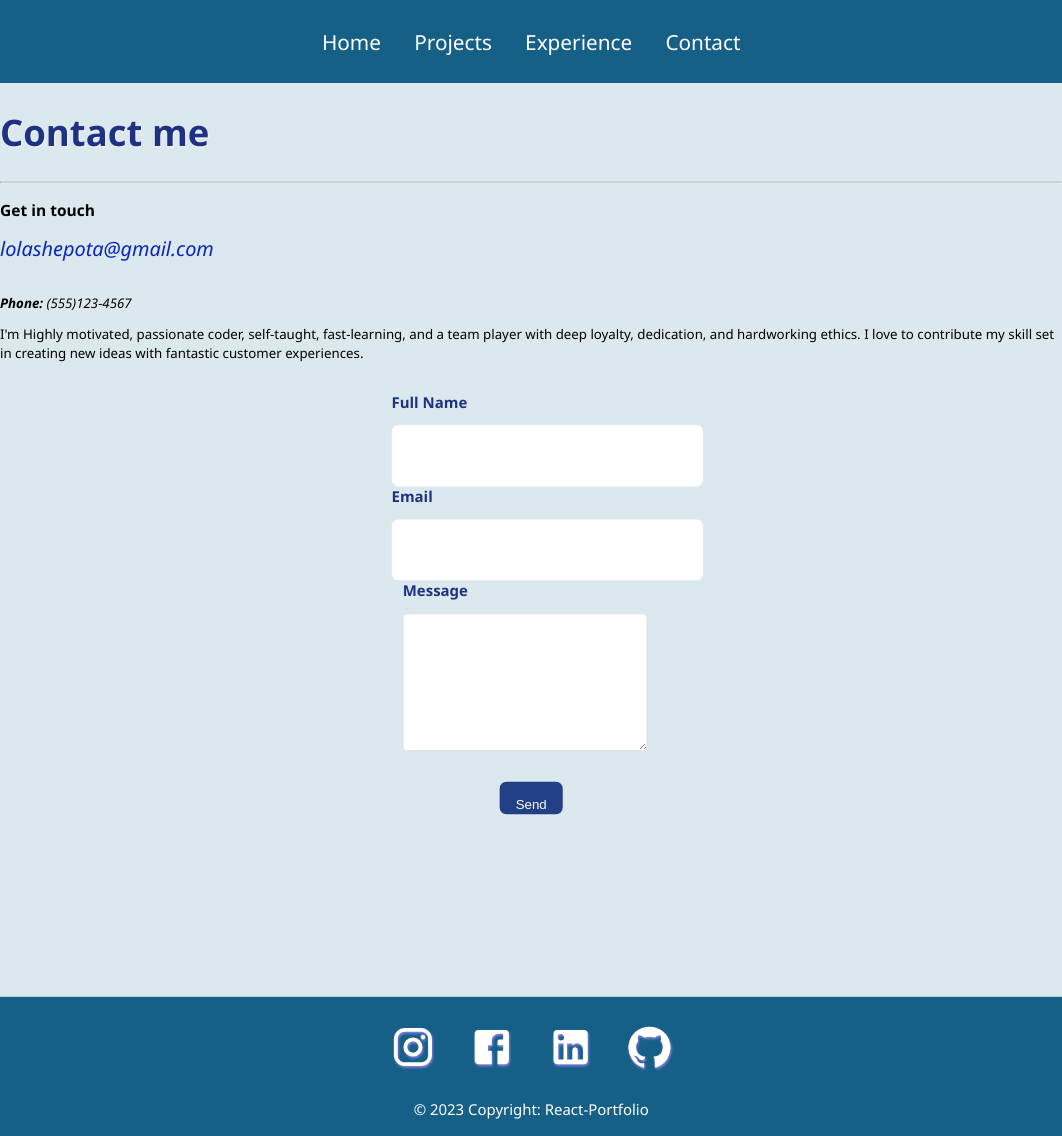
Repository: LolaSL/react-portfolio
Page: /contact
These files come from the project's save history. The page is drawn as it stood at one moment and after a run of saves; the edit follows.
The browser window is 1280 px wide. The pictures show the whole page, at 83% of full size.
The project was rebuilt for these pictures with package versions that can differ from the ones it lists, and the page was loaded fresh each time. Some packages were replaced by stand-ins written for this rebuild. Also part of the build but not shown: src/pages/Home/Style.css, src/pages/Home/Home.jsx, src/components/ProjectItem/Style.css, src/components/ProjectItem/ProjectItem.jsx, src/helpers/ProjectList.js, src/pages/Projects/Style.css, src/pages/Projects/Projects.jsx, src/pages/Experience/Style.css and 2 more.

Above is the page before, as saved 2023-09-27 17:39:23.

### src/App.js
import './App.css';
import { BrowserRouter as Router, Routes, Route } from 'react-router-dom';
import Home from './pages/Home/Home.jsx';
import Projects from './pages/Projects/Projects.jsx';
import Experience from './pages/Experience/Experience.jsx';
import Navbar from "./components/Navbar/Navbar.jsx";
import Footer from './components/Footer/Footer.jsx';
import ProjectDetail from './pages/ProjectDetail/ProjectDetail';
import Contact from './pages/Contact/Contact';


function App() {
  return (
    <div className="App">
      <Router>
      <Navbar />
        <Routes>
          <Route path="/" element={<Home />} />
          <Route path="/projects" element={<Projects />} />
          <Route path="/project/:id" element={<ProjectDetail />} />
          <Route path="/experience" element={<Experience />} />
          <Route path="/contact" element ={<Contact/>}/>
        </Routes>
        <Footer />
      </Router>
    </div>
  );
}

export default App;

### src/App.css
.App {
  width: 100%;
  height: auto;
  display: flex;
  flex-direction: column;
  font-family:'Segoe UI', Tahoma, Geneva, Verdana, sans-serif;
  background-color: #dbe9ee;
}

body {
  margin: 0;
  padding: 0;
}

### src/components/Navbar/Navbar.jsx
import React, { useEffect, useState } from "react";
import { Link, useLocation } from "react-router-dom";
import DehazeIcon from "@mui/icons-material/Dehaze";
import "./Style.css";

const Navbar = () => {
  const [expandNavbar, setExpandNavbar] = useState(false);
  const location = useLocation();
  useEffect(() => {
    setExpandNavbar(false);
  }, [location]);
  return (
    <div className="navbar" id={expandNavbar ? "open" : "close"}>
      <div className="toggleButton">
        <button
          onClick={() => {
            setExpandNavbar((prev) => !prev);
          }}
        >
          <DehazeIcon />
        </button>
      </div>
      <div className="links">
        <Link to="/"> Home </Link>
        <Link to="/projects"> Projects </Link>
        <Link to="/experience"> Experience </Link>
        <Link to="/contact"> Contact </Link>
      </div>
    </div>
  );
};

export default Navbar;

### src/components/Footer/Footer.jsx
import React from "react";
import { Link } from "react-router-dom";
import InstagramIcon from "@mui/icons-material/Instagram";
import FacebookIcon from "@mui/icons-material/Facebook";
import LinkedInIcon from "@mui/icons-material/LinkedIn";
import GitHubIcon from "@mui/icons-material/GitHub";
import "./Style.css";

const Footer = () => {
  return (
    <div className="footer">
      <div className="socialMedia">
        <Link to="https://www.instagram.com">
          <InstagramIcon />
        </Link>
        <Link to="https://www.facebook.com">
          <FacebookIcon />
        </Link>
        <Link to="https://www.linkedin.com/in/lola-s-2aba6340-lo">
          <LinkedInIcon />
        </Link>
        <Link to="https://github.com">
          <GitHubIcon />
        </Link>
      </div>
      <div className="copyright">
        <p>&copy; {new Date().getFullYear()} Copyright: React-Portfolio</p>
      </div>
    </div>
  );
};

export default Footer;

### src/pages/Contact/Contact.jsx
// import React, { useRef } from "react";
// import emailjs from "@emailjs/browser";
// import { Container, Row, Col } from "react-bootstrap";
// import { contactConfig } from "./contactConfig";
// import "./Style.css";

// const ContactForm = () => {
//   const form = useRef();

//   const sendEmail = (e) => {
//     e.preventDefault();

//     emailjs.sendForm("MY_SERVICE", "MY-TEMPLATE", form.current, "MY-KEY").then(
//       (result) => {
//         console.log(result.text);
//         console.log("message sent");
//       },
//       (error) => {
//         console.log(error.text);
//       }
//     );
//   };
//   return (
//     <Container >
//       <Row className="mb-5 mt-3 p-4">
//         <Col lg="8">
//           {" "}
//           <h1 className="display-4 mb-4 text-center">Contact me</h1>
//           <hr className="t_border my-4 ml-0 text-left" />
//         </Col>
//       </Row>
//       <Row className="sec-sp">
//         <Col lg="5" className="mb-5">
//           <h3 className="color_sec py-4">Get in touch</h3>
//           <address>
//             <strong>      <a href={`mailto:${contactConfig.YOUR_EMAIL}`}>
//                 {contactConfig.YOUR_EMAIL}
//               </a></strong>
//               <br />
//               <br />
//               {contactConfig.hasOwnProperty("YOUR_FONE") ? (
//                 <p>
//                   <strong>Phone:</strong> {contactConfig.YOUR_FONE}
//                 </p>
//               ) : (
//                 ""
//               )}
//             </address>
//             <p>{contactConfig.description}</p>
//           </Col>
//         <Col lg="7" className="d-flex align-items-center">
//           <form ref={form} onSubmit={sendEmail} className="contact-form w-100">
//           <Row>
//                 <Col lg="6" className="form-group">
//                   <input
//                     className="form-control"
//                     id="name"
//                     name="name"
//                     placeholder="Name"
//                     type="text"
//                     required
//                   />
//                 </Col>
//                 <Col lg="6" className="form-group">
//                   <input
//                     className="form-control rounded-0"
//                     id="email"
//                     name="email"
//                     placeholder="Email"
//                     type="email"
//                     required
//                   />
//                 </Col>
//               </Row>
//               <textarea
//                 className="form-control rounded-0"
//                 id="message"
//                 name="message"
//                 placeholder="Message"
//                 rows="5"
//                 required
//               ></textarea>
//               <br />
//             <Row>
//               <Col lg="12" className="form-group">
//                 <input
//                   type="submit"
//                   className="btn"
//                   value="Send"
//                   disabled={true}
//                 />
//               </Col>
//             </Row>
//           </form>
//         </Col>
//       </Row>
//     </Container>
//   );
// };

// export default ContactForm;

import React, { useRef } from "react";
import emailjs from "@emailjs/browser";
import { Container, Row, Col } from "react-bootstrap";
import { contactConfig } from "./contactConfig";
import "./Style.css";

const ContactForm = () => {
  const form = useRef();

  const sendEmail = (e) => {
    e.preventDefault();

    emailjs.sendForm("MY_SERVICE", "MY-TEMPLATE", form.current, "MY-KEY").then(
      (result) => {
        console.log(result.text);
        console.log("message sent");
      },
      (error) => {
        console.log(error.text);
      }
    );
  };
  return (
    <Container>
      <Row className="mb-5 mt-3 p-4">
        <Col lg={{ span: 8, offset: 2 }} md={{ span: 10, offset: 1 }}>
          <h1 className="display-4 mb-4 text-center">Contact me</h1>
          <hr className="t_border my-4 ml-0 text-left" />
        </Col>
      </Row>
      <Row className="sec-sp">
        <Col lg={5} md={6} className="mb-5">
          <h3 className="color_sec py-4">Get in touch</h3>
          <address>
            <strong>
              <a href={`mailto:${contactConfig.YOUR_EMAIL}`}>
                {contactConfig.YOUR_EMAIL}
              </a>
            </strong>
            <br />
            <br />
            {contactConfig.hasOwnProperty("YOUR_FONE") ? (
              <p>
                <strong>Phone:</strong> {contactConfig.YOUR_FONE}
              </p>
            ) : (
              ""
            )}
          </address>
          <p>{contactConfig.description}</p>
        </Col>
        <Col lg={7} md={6} className="d-flex align-items-center">
          <form ref={form} onSubmit={sendEmail} className="contact-form w-100">
            <Row className="w-100">
              <Col lg={6} md={6} sm={12} className="form-group">
                <label htmlFor="name">Full Name</label>
                <input
                  className="form-control"
                  id="name"
                  name="name"
                  type="text"
                  required
                />
              </Col>
              <Col lg={6} md={6} sm={12} className="form-group">
                <label htmlFor="email">Email</label>
                <input
                  className="form-control rounded-0"
                  id="email"
                  name="email"
                  type="email"
                  required
                />
              </Col>
            </Row>
            <Row className="w-100">
              <Col lg={12} md={12} sm={12} className="form-group">
                <label htmlFor="message">Message</label>
                <textarea
                  className="form-control rounded-0"
                  id="message"
                  name="message"
                  rows="5"
                  required
                ></textarea>
              </Col>
            </Row>
            <Row className="w-100">
              <Col lg={12} md={12} sm={12} className="form-group ">
                <input
                  type="submit"
                  className="btn btn-primary"
                  value="Send"
                  disabled={false}
                />
              </Col>
            </Row>
          </form>
        </Col>
      </Row>
    </Container>
  );
};

export default ContactForm;

### src/components/Navbar/Style.css
.navbar {
  width: 100%;
  height: 100px;
  background: #166088;
}

.links {
  width: 100%;
  height: 100%;
  display: flex;
  align-items: center;
  justify-content: center;
  color: white;
}

.navbar a {
  color: white;
  text-decoration: none;
  margin: 20px;
  font-size: 25px;
}

.toggleButton {
  width: 100%;
  height: 100px;
  display: flex;
  align-items: center;
  justify-content: flex-end;
}

.toggleButton svg {
  font-size: 50px;
}
.toggleButton button {
  margin-right: 20px;
  padding: 8px;
  background-color: transparent;
  border: none;
  color: white;
  cursor: pointer;
}

#open {
  height: 100vh;
}

#open .links {
  flex-direction: column;
  justify-content: flex-start;
  margin-top: 100px;
}

#open a {
  width: 100%;
  text-align: center;
}

@media only screen and (max-width: 900px) {
  .navbar a {
    width: 600px;
  }
}

@media only screen and (max-width: 600px) {
  .toggleButton {
    display: flex;
  }
  #close a {
    display: none;
  }
}

@media only screen and (min-width: 600px) {
  .toggleButton {
    display: none;
  }

  .hiddenLinks {
    display: none;
  }

  #open {
    height: 100px;
  }

  #open .links {
    flex-direction: row;
  }
}

### src/components/Footer/Style.css
.footer {
    width: 100%;
    height: 155px;
    background: #166088;
    display: flex;
    justify-content: center;
    align-items: center;
    flex-direction: column;
    padding-top: 10px;
    margin-top: 200px;
    position: related;
    bottom: 0;
    left: 0;
    right: 0;
  }
  .footer{
    height: 22vh;
  }
  .socialMedia svg{
    color: white;
    margin: 20px;
    font-size: 55px;
    cursor: pointer;
    margin-bottom: 10px;
  }
  .socialMedia svg:hover{
    color: #e76972;
    margin: 20px;
    font-size: 55px;
    cursor: pointer;
    margin-bottom: 10px;
    background-color: transparent;
    transition: all ease 0.3s;
    border: none;
    text-shadow: 0 0 0.625em #d83535;
  }
.copyright p{
    color: white;
    font-size: 18px;
  }

  @media only screen and (max-width: 600px) {
    .footer svg {
      font-size: 50px;
    }
    .copyright p{
      font-size: 16px;
    }
  }

### src/pages/ProjectDetail/Style.css
.project {
  width: 100%;
    height: auto;
    display: flex;
    justify-content: center;
    align-items: center;
    flex-direction: column;
    color: #3e497a;
}

.project  h1 {
  text-align: center;
  color: #3e497a;
  font-size:50px;
  font-weight: bolder;
  margin-top: 30px

}
.project img {
  max-width: 700px;
  border-radius: 10px;
  margin-bottom: 40px;
}

.project h3 {
  font-size: 1.7rem;
  color: #3e497a;
  padding: 50px;
  text-align: justify;
}
a {
  text-decoration: none;
  color: rgb(11, 37, 185);
  font-weight: normal;
  font-size: 24px;
}
a:hover {
  text-decoration: none;
   color: #e76972;
  font-weight: bold;
  transition: all ease 0.3s;
  font-size: 24px;
  cursor: pointer;
  text-shadow: 0 0 0.625em #d83535;
}
.project svg {
  font-size: 60px;
  color: #3e497a;
}
.project svg:hover {
  color: #2d2d84;
  cursor: pointer;
}
svg {
  filter: drop-shadow(1px 2px 1px rgb(144, 130, 227));
}
@media only screen and (max-width: 1300px) {
  .project img {
    max-width: 500px;
    border-radius: 8px;
  }
  .project h1 {
    font-size: 1.8rem;
  }
  .project h3 {
    font-size: 1.4rem;
  }
}

@media only screen and (max-width: 800px) {
  .project img {
    max-width: 374px;
    border-radius: 6px;
  }
  .project h1 {
    font-size:37px;
    text-align: center;
    color: #3e497a;
  }
  .project h3 {
    font-size: 1.3rem;
  }

}

### src/pages/Contact/contactConfig.js
// const contactConfig = {
//     description: "I'm Highly motivated, passionate coder, self-taught, fast-learning, and a team player with deep loyalty, dedication, and hardworking ethics. I love to contribute my skill set in creating new ideas with fantastic customer experiences."
// }
// export {
//     contactConfig
// }
const logotext = 'Lola Shepota';
const meta = {
    title: 'Lola Shepota',
    description:
        "I'm Highly motivated, passionate coder, Full-Stact Junior. ",
};

const introdata = {
    title: 'I’m John Doe',
    animated: {
        first: 'I love coding',
        second: "I'm creating new ideas with fantastic customer experiences",
        third: 'A team player with deep loyalty',
    },
    description:
        "I'm self-taught, fast-learning, and  dedication, and hardworking ethics. I love contributing my skills to code websites.",
    your_img_url: 'https://avatars.githubusercontent.com/u/67796082?v=4',
};

const dataabout = {
    title: 'About my self',
    aboutme:
        'Lorem ipsum dolor sit amet, consectetur adipiscing elit. Praesent quis dolor id ligula semper elementum feugiat pretium nulla. Nunc non commodo dolor. Nunc mollis dignissim facilisis. Morbi ut magna ultricies.',
};
const worktimeline = [
    {
        jobtitle: 'Designer of week',
        where: 'YAdfi',
        date: '2020',
    },
    {
        jobtitle: 'Designer of week',
        where: 'Jamalya',
        date: '2019',
    },
    {
        jobtitle: 'Designer of week',
        where: 'ALquds',
        date: '2019',
    },
];



const services = [
    {
        title: 'UI & UX Design',
        description:
            'Lorem ipsum dolor sit amet, consectetur adipiscing elit. Sed at nisl euismod urna bibendum sollicitudin.',
    },
    {
        title: 'Mobile Apps',
        description:
            'Lorem ipsum dolor sit amet, consectetur adipiscing elit. Sed at nisl euismod urna bibendum sollicitudin.',
    },
    {
        title: 'Wordpress Design',
        description:
            'Lorem ipsum dolor sit amet, consectetur adipiscing elit. Sed at nisl euismod urna bibendum sollicitudin.',
    },
];

const contactConfig = {
    YOUR_EMAIL: 'lolashepota@gmail.com',
    YOUR_FONE: '(555)123-4567',
    description:
        "I'm Highly motivated, passionate coder, self-taught, fast-learning, and a team player with deep loyalty, dedication, and hardworking ethics. I love to contribute my skill set in creating new ideas with fantastic customer experiences.",
    YOUR_SERVICE_ID: 'service_id',
    YOUR_TEMPLATE_ID: 'template_id',
    YOUR_USER_ID: 'user_id',
};


export {
    meta,
    dataabout,
    worktimeline,
    services,
    introdata,
    contactConfig,
    logotext,
};

### src/pages/Contact/Style.css
.contact-form {
  max-width: 400px;
  margin: 0 auto;
  padding: 20px;
  background-color: #dbe9ee;
  display: flex;
  flex-direction: column;
  align-items: center;
  color: #1e3183;
  font-size: 18px;
  font-weight: 600;


}
h1{
  font-size: 44px;
 color: #1e3183;
 text-shadow: 1px 1px 1px #ffffff;

}
  input {
    width: 100%;
    height: 35px;
    padding: 9px;
    outline: none;
    border-radius: 5px;
    border: 1px solid rgb(220, 220, 220);

    &:focus {
      border: 2px solid rgba(0, 206, 158, 1);
    }
  }
  input,
  textarea {
    width: 100%;
    font-size: 1rem;
    padding: 1.2rem;
    color: grey;
    background-color: dark;
    outline: none;
    border: none;
    border-radius: 8px;
    margin-top: 1rem;
  }
  textarea {
   width: 90%;
    max-height: 100px;
    /* min-height: 100px; */
    padding: 7px;
    outline: none;
    border-radius: 5px;
    border: 1px solid rgb(220, 220, 220);
    min-height:150px;
    resize: vertical;
    &:focus {
      border: 2px solid rgba(0, 206, 158, 1);
    }
  }

  input[type="submit"] {
    margin-top: 2rem;
    cursor: pointer;
    background: #233f86;
    color: white;
    border: none;
    width: 100%;
  }
  input:hover[type="submit"] {
    margin-top: 2rem;
    cursor: pointer;
    background: #e76972;
    color: white;
    border: none;
  }

/*
  .form-group {
    width: 100%;
    margin-bottom: 2rem;
  }
  label {
    font-size: 1.8rem;
  }
  input,
  textarea {
    width: 100%;
    font-size: 2rem;
    padding: 1.2rem;
    color: var(--gray-1);
    background-color: var(--deep-dark);
    outline: none;
    border: none;
    border-radius: 8px;
    margin-top: 1rem;
  }
  textarea {
    min-height: 250px;
    resize: vertical;
  }
  button[type='submit'] {
    background-color: var(--gray-1);
    color: var(--black);
    font-size: 2rem;
    display: inline-block;
    outline: none;
    border: none;
    padding: 1rem 4rem;
    border-radius: 8px;
    cursor: pointer;
  } */

Loaded but not shown: public/index.html (common file); src/index.js (common file); src/reportWebVitals.js (common file)

After the next 2 saves:
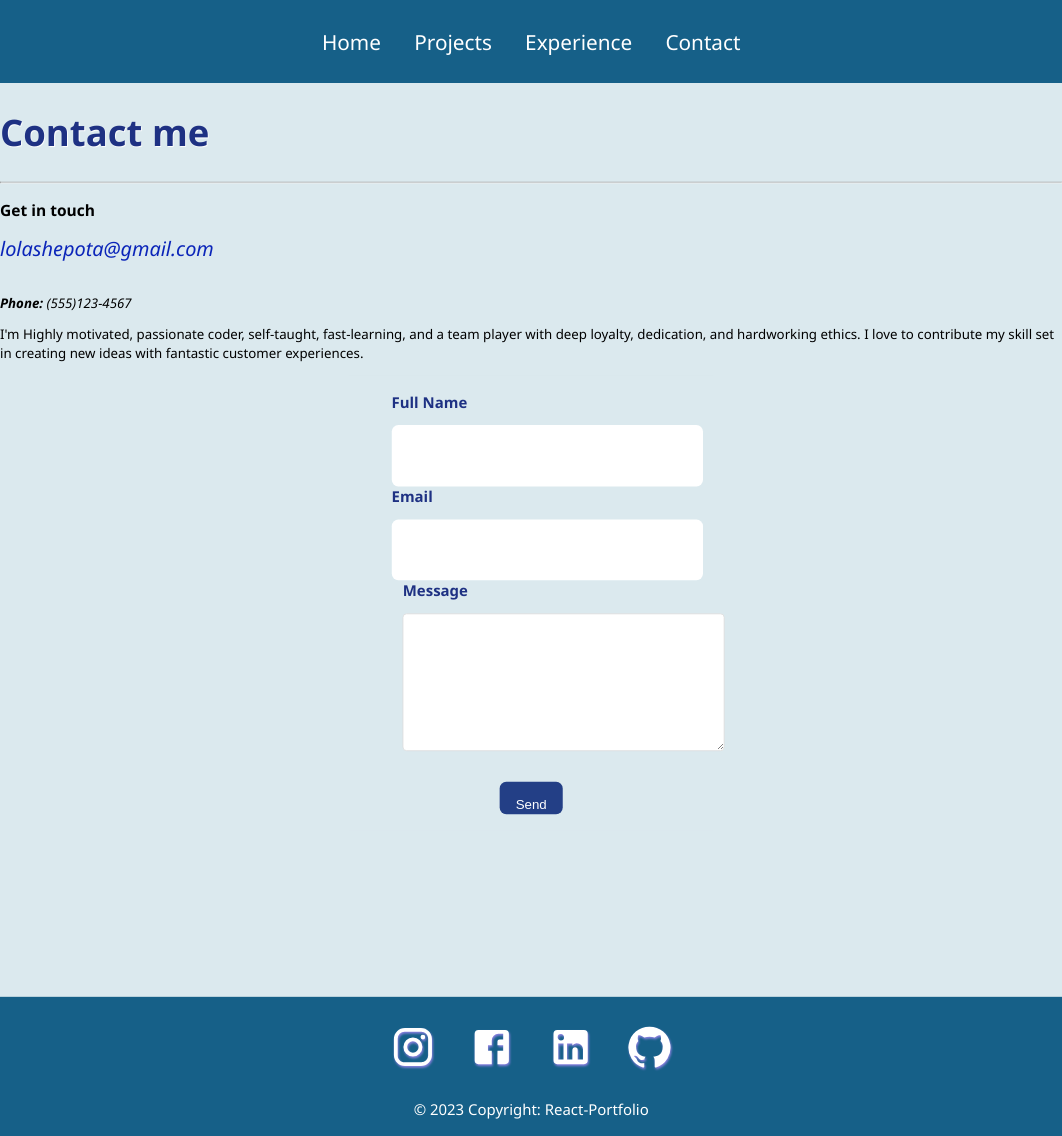
The 2 saves are shown as one change because they came seconds apart.
The last was saved 8 s later.
--- a/src/pages/Contact/Style.css
+++ b/src/pages/Contact/Style.css
@@ -43,7 +43,7 @@ h1{
     margin-top: 1rem;
   }
   textarea {
-   width: 90%;
+   width: 120%;
     max-height: 100px;
     /* min-height: 100px; */
     padding: 7px;
